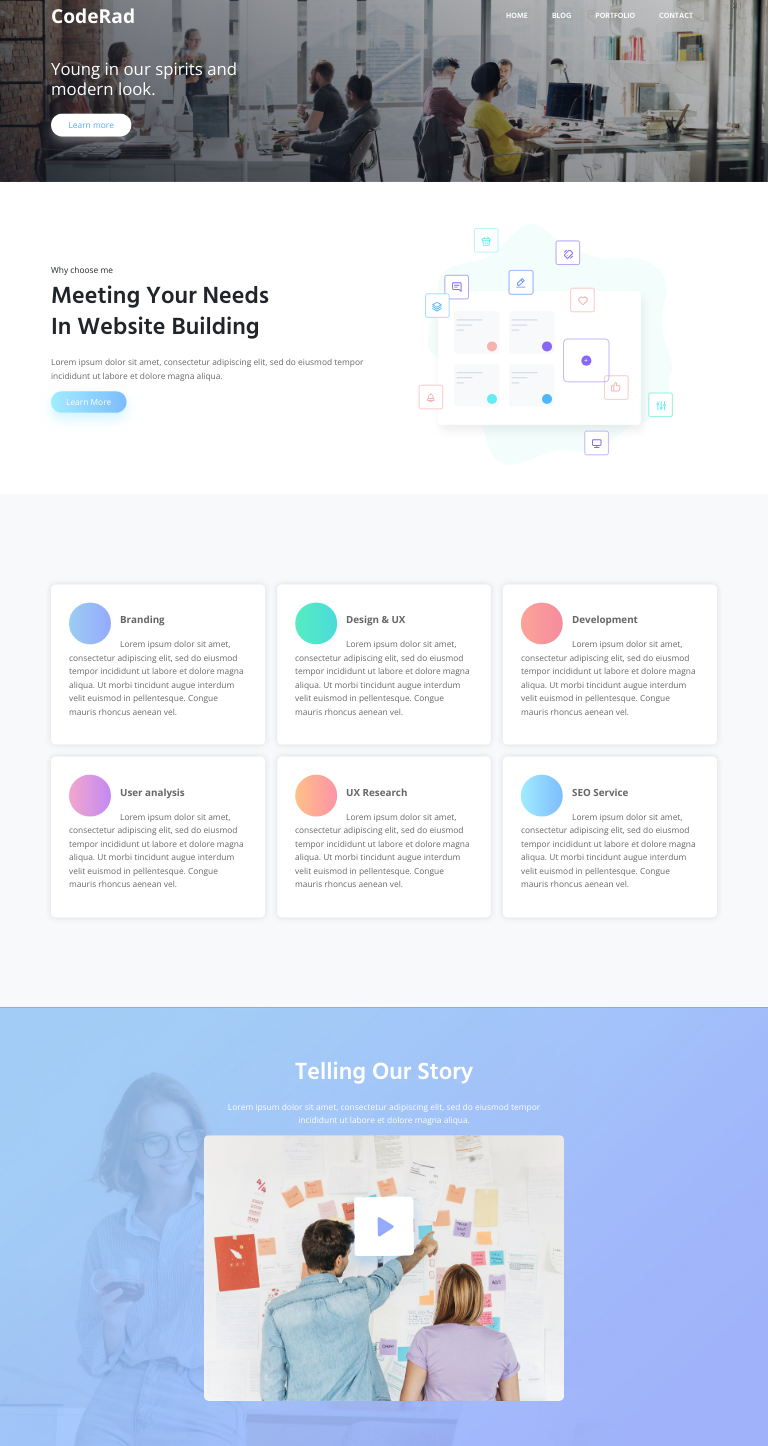
Repository: Sc-Juju/CodeRad
Page: index.html
These files come from the project's save history. The page is drawn as it stood at one moment and after the next save; the edit follows.
The browser window is 1280 px wide. The pictures show the whole page, at 60% of full size.

Above is the page before, as saved 2022-11-10 14:51:31.

### index.html
<!DOCTYPE html>
<html>
	<head>
		<meta charset="utf-8" />
		<meta http-equiv="X-UA-Compatible" content="IE=edge" />
		<title>CodeRad</title>
		<meta name="description" content="" />
		<meta name="viewport" content="width=device-width, initial-scale=1" />

		<link
			href="https://fonts.googleapis.com/css2?family=Open+Sans:wght@300;400;600;700&display=swap"
			rel="stylesheet"
		/>
		<link
			href="https://fonts.googleapis.com/css2?family=Hind:wght@300;400;500;600;700&display=swap"
			rel="stylesheet"
		/>

		<link rel="stylesheet" href="./css/default.css" />
		<link rel="stylesheet" href="./css/styles.css" />
		<link rel="stylesheet" href="./css/responsive.css" />
	</head>
	<body>
		<nav class="navbar nav">
			<div class="container">
				<button
					class="navbar-toggler"
					aria-expanded="false"
					aria-controls="navbarDropdown"
				>
					<span>&#9776;</span>
				</button>
				<a class="navbar-brand" href="index.html">CodeRad</a>
				<ul class="navbar-nav">
					<li class="nav-link">
						<a href="#">Home</a>
					</li>

					<li class="nav-link">
						<a href="#">Blog</a>
					</li>
					<li class="nav-link">
						<a href="#">Portfolio</a>
					</li>
					<li class="nav-link">
						<a href="#">Contact</a>
					</li>
				</ul>
			</div>
		</nav>

		<header class="bg-header">
			<div class="container">
				<div class="hero-wrapper">
					<h2 class="hero-header">
						Young in our spirits and <br />
						modern look.
					</h2>
					<a class="btn btn-white" href="#">Learn more</a>
				</div>
			</div>
		</header>
		<!--Why me-->
		<section>
			<div class="container why-me-wrapper">
				<div class="block-text">
					<span>Why choose me</span>
					<h2>
						Meeting Your Needs <br />
						In Website Building
					</h2>
					<p>
						Lorem ipsum dolor sit amet, consectetur adipiscing elit,
						sed do eiusmod tempor incididunt ut labore et dolore
						magna aliqua.
					</p>
					<a href="" class="btn btn-primary">Learn More</a>
				</div>
				<div>
					<img src="./CodeRad-assets/image2.svg" alt="Icon Chart" />
				</div>
			</div>
		</section>
		<!--Services-->
		<section class="bg-contrast">
			<div class="container service-grid">
				<div class="service-card">
					<span class="bg-color-1"></span>
					<div>
						<h3>Branding</h3>
						<p>
							Lorem ipsum dolor sit amet, consectetur adipiscing
							elit, sed do eiusmod tempor incididunt ut labore et
							dolore magna aliqua. Ut morbi tincidunt augue
							interdum velit euismod in pellentesque. Congue
							mauris rhoncus aenean vel.
						</p>
					</div>
				</div>
				<div class="service-card">
					<span class="bg-color-2"></span>
					<div>
						<h3>Design & UX</h3>
						<p>
							Lorem ipsum dolor sit amet, consectetur adipiscing
							elit, sed do eiusmod tempor incididunt ut labore et
							dolore magna aliqua. Ut morbi tincidunt augue
							interdum velit euismod in pellentesque. Congue
							mauris rhoncus aenean vel.
						</p>
					</div>
				</div>
				<div class="service-card">
					<span class="bg-color-3"></span>
					<div>
						<h3>Development</h3>
						<p>
							Lorem ipsum dolor sit amet, consectetur adipiscing
							elit, sed do eiusmod tempor incididunt ut labore et
							dolore magna aliqua. Ut morbi tincidunt augue
							interdum velit euismod in pellentesque. Congue
							mauris rhoncus aenean vel.
						</p>
					</div>
				</div>
				<div class="service-card">
					<span class="bg-color-4"></span>
					<div>
						<h3>User analysis</h3>
						<p>
							Lorem ipsum dolor sit amet, consectetur adipiscing
							elit, sed do eiusmod tempor incididunt ut labore et
							dolore magna aliqua. Ut morbi tincidunt augue
							interdum velit euismod in pellentesque. Congue
							mauris rhoncus aenean vel.
						</p>
					</div>
				</div>
				<div class="service-card">
					<span class="bg-color-5"></span>
					<div>
						<h3>UX Research</h3>
						<p>
							Lorem ipsum dolor sit amet, consectetur adipiscing
							elit, sed do eiusmod tempor incididunt ut labore et
							dolore magna aliqua. Ut morbi tincidunt augue
							interdum velit euismod in pellentesque. Congue
							mauris rhoncus aenean vel.
						</p>
					</div>
				</div>
				<div class="service-card">
					<span class="bg-color-6"></span>
					<div>
						<h3>SEO Service</h3>
						<p>
							Lorem ipsum dolor sit amet, consectetur adipiscing
							elit, sed do eiusmod tempor incididunt ut labore et
							dolore magna aliqua. Ut morbi tincidunt augue
							interdum velit euismod in pellentesque. Congue
							mauris rhoncus aenean vel.
						</p>
					</div>
				</div>
			</div>
		</section>

		<!--Video Demo-->
		<section class="video-demo">
			<div class="container">
				<div class="block-text">
					<h2>Telling Our Story</h2>
					<p>
						Lorem ipsum dolor sit amet, consectetur adipiscing elit,
						sed do eiusmod tempor <br />
						incididunt ut labore et dolore magna aliqua.
					</p>
				</div>
				<div class="video-box">
					<a href="#" class="video-btn">
						<img
							src="./CodeRad-assets/play.svg"
							alt="Play Video Button"
						/>
					</a>
					<img
						src="./CodeRad-assets/demo-video-thumbnail.jpg"
						alt="Video thumbnail"
					/>
				</div>
			</div>
		</section>
	</body>
</html>

### css/default.css
:root{
    --white:#fff;
    --black: #000;
    --font-color-base:#666;
    --font-color-dark:#212529;
    --font-color-light:#b0aebe;
    --font-color-link:#57a6ff;
    --footer:#34314b;
    --footer-base:2e2b45;
    --contrast:rgba(246, 248, 249, 0.8);
    --success: #64ecf5;
    --danger:#ff8b8d;
    --grad-1:#a1ecff;
    --grad-2:#7dbcff;


    --size-10:0.625rem;
    --size-14:0.875rem;
    --size-16:1rem;
    --size-18:1.125rem;
    --size-20:1.25rem;
    --size-30:1.875rem;
    --size-40:2.5rem;
    --size-50:3.125rem;
    --size-100:6.25rem;
    --size-150:9.375rem;
}
body{
    font-family:"Open Sans", sans-serif;
    font-weight: 400;
    font-size:0.875rem;
    line-height: 1.6;
    letter-spacing: 0;
    color: var(--font-color-base);
    margin:0;
    padding:0;
}
*,
::after,
::before{
    box-sizing: border-box;
}
ul{
    padding:0;
    margin:0;
    list-style: none;
}
a {text-decoration: none;}
p {margin-top:0;}
h2{
    font-size:1.75rem;
    font-weight:500;
    line-height:1.2;
}
img {
    width:100%;
    max-width:100%;
    vertical-align:middle;
    border-style: none;
}
.container{
    width: 100%;
    padding-left:15px;
    padding-right:15px;
    margin-right:auto;
    margin-left:auto;
}

.btn{
    display: inline-block;
    font-weight: 400;
    color: var(--font-color-dark);
    text-align: center;
    cursor: pointer;
    user-select: none;
    background-color: transparent;
    border: 1px solid transparent;
    padding: .375rem .75rem;
    border-radius:1.25rem;
    transition: ease-in-out .3s;
}
.btn-primary{
    background-image: linear-gradient(90deg, var(--grad-1)0%, var(--grad-2)100%);
    border: 1px var(--grad-1);
    box-shadow: 0 10px 20px rgba(161, 236, 255, .5);
    transition: ease-in-out .3s;
    color: var(--white);
    padding: .4375rem 1.5625rem;
}

.btn-white{
    background-color: var(--white);
    color: var(--font-color-link);
    box-shadow: 0px 10px 20px rgba(255, 255, 255, .35);
    padding: .475rem 1.75rem;
}

@media (min-width:1200px){
    .container{ max-width: 1140px; }
}

### css/styles.css
.navbar{
    position: fixed;
    top: 0;
    right: 0;
    left: 0;
    z-index: 200;
    transition: ease-in-out .3s;
}
[aria-controls="navbarDropdown"]{
    display:none;
}
.navbar-nav{
    display: flex;
    align-items: center;
}
.navbar .container{
    display: flex;
    align-items: center;
}
.navbar-brand{
    margin-right:auto;
    font-size: 2rem;
    font-weight: 700;
    width: 100%;
    transition: ease-in-out .3s;
    color: var(--white);

}
.bg-header,
.video-demo{
    background-color: var(--footer);
    background-repeat: no-repeat;
    background-size: cover;
    background-position:50% 20%;
    position: relative;
    z-index: 1;
    padding: 4.6875rem 0;
}
.bg-header{background-image: url(../CodeRad-assets/bg-header-1.jpg);}
.video-demo{background-image: url(../CodeRad-assets/bg-demo.jpg);}
.bg-header::before{
    background-image: linear-gradient(30deg,
    rgba(21,27,38, .8)0%,
    rgba(0,0,0,.2)100%);
    position: absolute;
    content:"";
    top: 0;
    left: 0;
    right: 0;
    bottom: 0;
    width: 100%;
    height: 100%;
    z-index: -1;
}
.nav-link a{
    color: var(--white);
    font-size: .8125rem;
    font-weight: 600;
    font-family: "Hind", sans-serif;
    text-transform: uppercase;
    margin-right: 2.5rem;
    line-height: 1.25rem;
}
.hero-header{
    color: var(--white);
}
.why-me-wrapper{
    display: flex;
    align-items: center;
}
.why-me-wrapper div{
    flex: 1;
}
.block-text{
    padding-right: var(--size-50);
}
.block-text span{
    color: var(--font-color-dark);
    font-weight: 300;
}
.block-text h2{
    font-size: var(--size-40);
    font-family: "Hind", sans-serif;
    font-weight: 600;
    color: var(--font-color-dark);
    margin-bottom: var(--size-20);
    line-height: 1.3;
    margin-top: 0.5rem;
}
.bg-contrast{
    background-color: var(--contrast);
    padding: var(--size-150) 0;
}
.service-grid{
    display: grid;
    grid-template-columns: repeat(auto-fit,minmax(300px, 1fr));
    gap: var(--size-20);
}
.service-card{
    padding: var(--size-30);
    box-shadow: 0 0 10px rgba(48, 63, 100, .15);
    background: white;
    border-radius: 8px;
}
.service-card span{
    width:4.375rem;
    height: 4.375rem;
    background: green;
    display: block;
    float: left;
    margin-right: 15px;
    border-radius: 50%;
    background: var(--font-color-light);
}
span.bg-color-1 {background-image: linear-gradient(90deg, #9ccdf3 0%, #94aafd 100%);}
span.bg-color-2 {background-image: linear-gradient(90deg, #55edc0 0%, #4bdbdb 100%);}
span.bg-color-3 {background-image: linear-gradient(90deg, #fda498 0%, #f58b9e 100%);}
span.bg-color-4 {background-image: linear-gradient(90deg, #f2a7ca 0%, #c289f4 100%);}
span.bg-color-5 {background-image: linear-gradient(90deg, #ffc187 0%, #fe93a7 100%);}
span.bg-color-6 {background-image: linear-gradient(90deg, #a1ecff 0%, #7dbcff 100%);}

.video-demo{text-align: center;}
.video-demo .block-text{padding-right: 0;}

.video-demo .block-text h2,
.video-demo .block-text p{
    color: var(--white);
}

.video-btn{
    position: absolute;
    top: 50%;
    left: 50%;
    transform: translate(-50%, -50%);
    box-shadow: 0 10px 20px rgba(57, 166, 251, .3);
}
.video-btn img{
    height: var(--size-100);
    width: var(--size-100);
}
.video-box > img{
    max-width: 600px;
    border-radius: 8px;
}

Loaded but not shown: css/responsive.css (no copy from this time; the picture is the same without it)

After the next save:
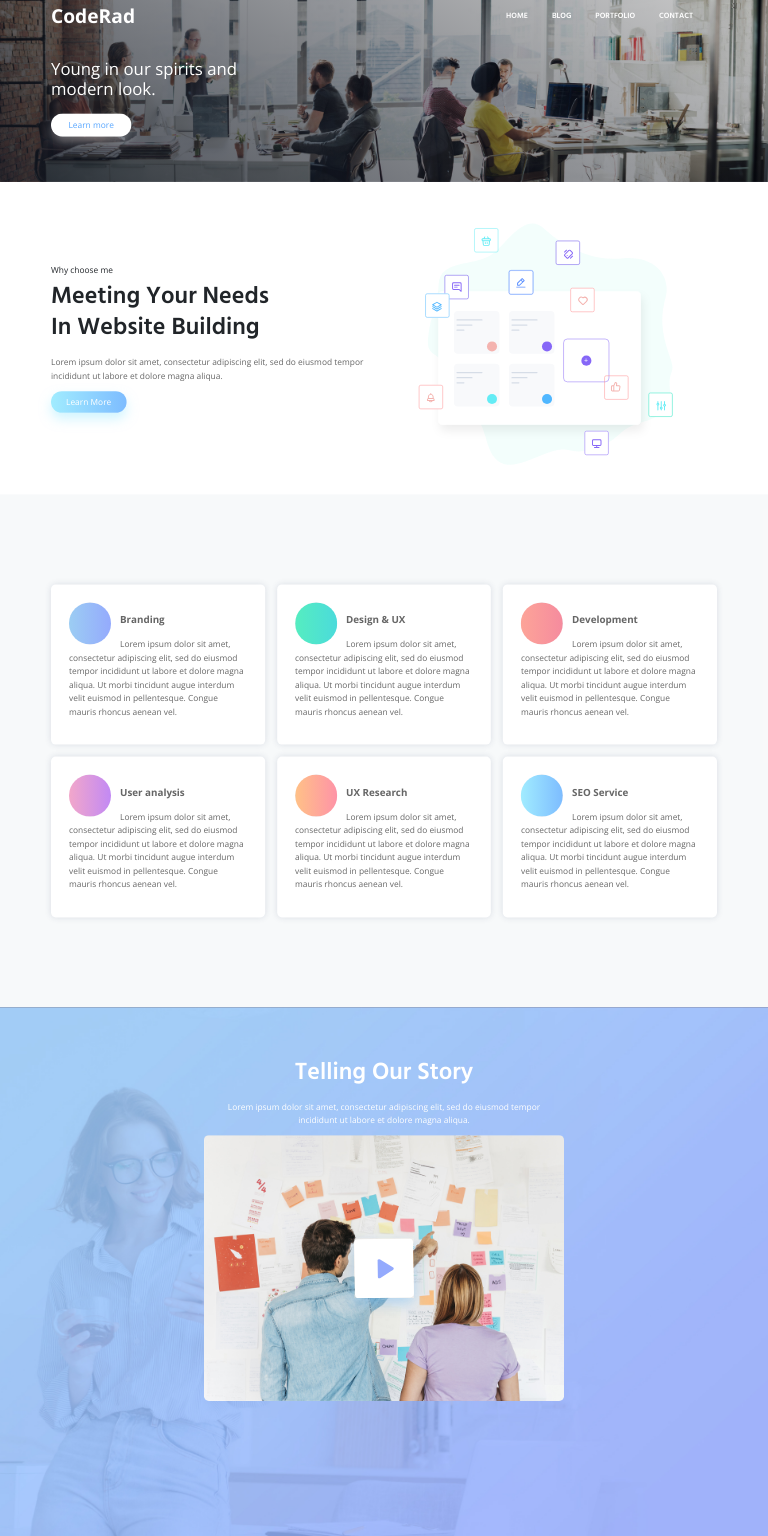
Saved 4 min 31 s later.
--- a/css/styles.css
+++ b/css/styles.css
@@ -138,6 +138,11 @@ span.bg-color-6 {background-image: linear-gradient(90deg, #a1ecff 0%, #7dbcff 10
     height: var(--size-100);
     width: var(--size-100);
 }
+.video-box{
+    position: relative;
+    margin-bottom: var(--size-150);
+    z-index: 100;
+}
 .video-box > img{
     max-width: 600px;
     border-radius: 8px;
